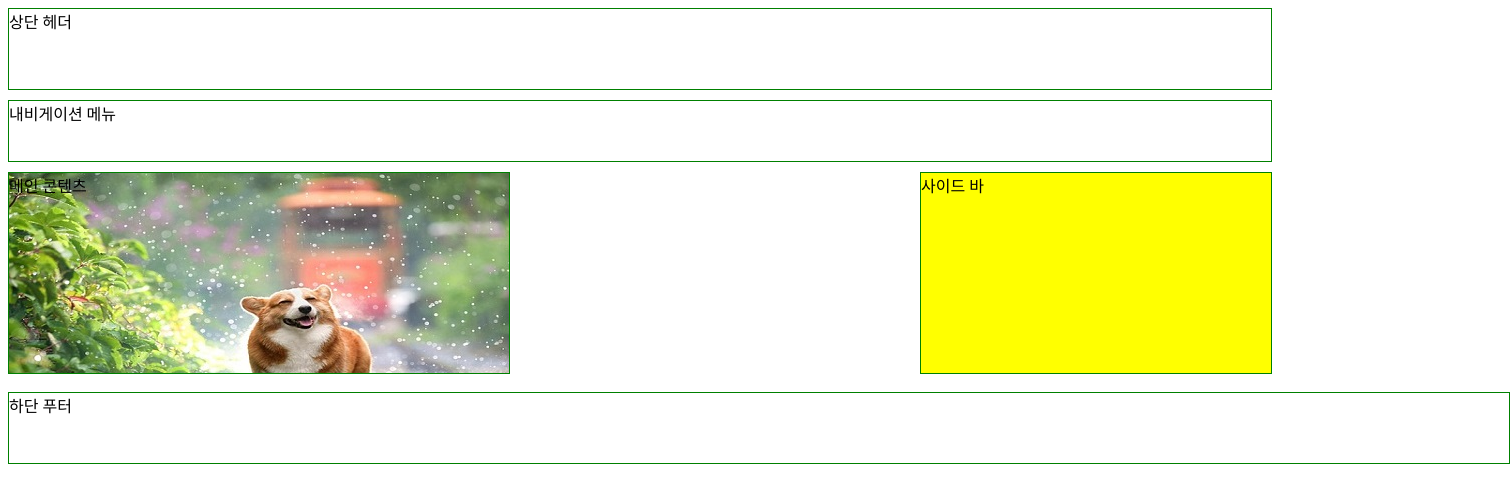
Repository: woosungtae/html_css
Page: pro01/public/1.html
The author's editor kept a copy of each file at every save. The page is drawn from the files as they stood at one save, then again after the next save.
The browser window is 1280 px wide. The page is 1510 px wide, then 1280 px, so the pictures cover 1510 px, including what lies to the right of the window. The pictures show the whole page.

Above is the page before, as saved 2022-12-12 00:11:58.

### pro01/public/1.html
<!DOCTYPE html>
<html lang="en">
<head>
    <meta charset="UTF-8">
    <title>Document</title>
    <style>
        header {
            border : 1px solid green;
            height: 80px;
            margin-bottom: 10px;
        }
        nav {
            border : 1px solid green;
            height: 60px;
            margin-bottom: 10px;
        }
        nav:hover {
            color: red;
        }
        section {
            border: 1px solid green;
            height: 200px;
            width: 500px;
            float: left;
            margin-right: 20px;
            margin-bottom: 10px;
            background: url(images/dog.jpg) no-repeat;
        }
        aside {
            border: 1px solid green;
            height: 200px;
            width: 350px;
            float: right;
            background-color: yellow;
        }
        footer {
            clear: both;
            border: 1px solid green;
            height: 70px;
            width: 1500px;
            margin-top: 230px;
        }
    </style>
</head>
<body>
    <header>
        <div>상단 헤더</div>
    </header>
    <nav>
        <div>내비게이션 메뉴</div>
    </nav>
        <section>
            <div>메인 콘텐츠</div>
        </section>
        <aside>
            <div>사이드 바</div>
        </aside>
        <footer>
            <div>하단 푸터</div>
        </footer>
</body>
</html>

After the next save:
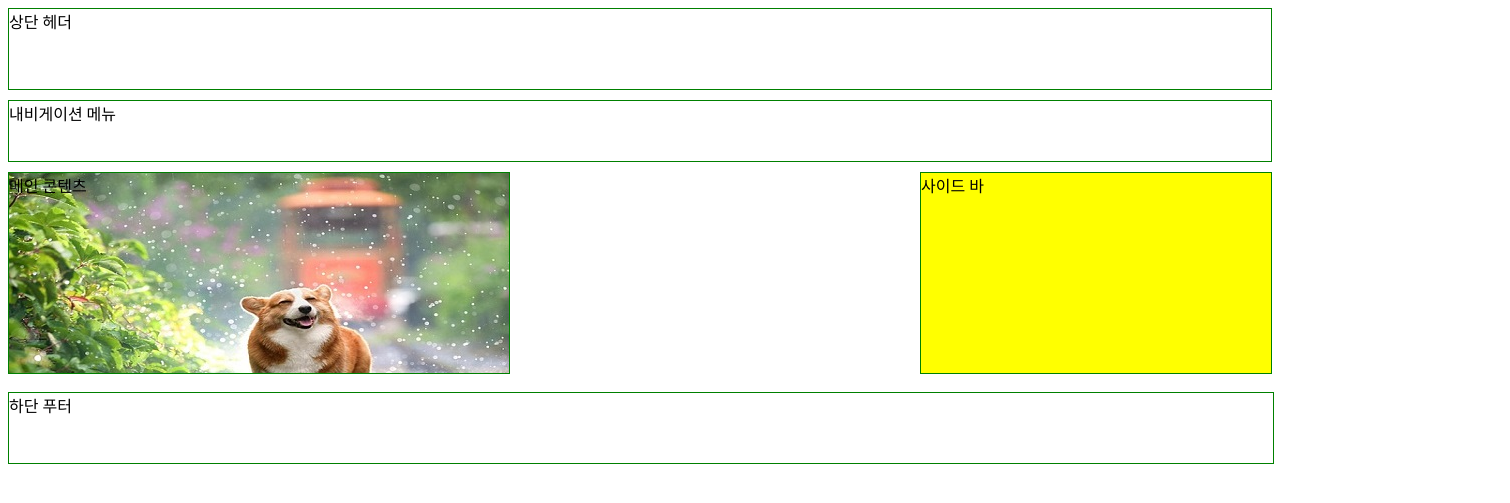
Saved 77 s later.
--- a/pro01/public/1.html
+++ b/pro01/public/1.html
@@ -37,7 +37,7 @@
             clear: both;
             border: 1px solid green;
             height: 70px;
-            width: 1500px;
+            width: 100%;
             margin-top: 230px;
         }
     </style>
